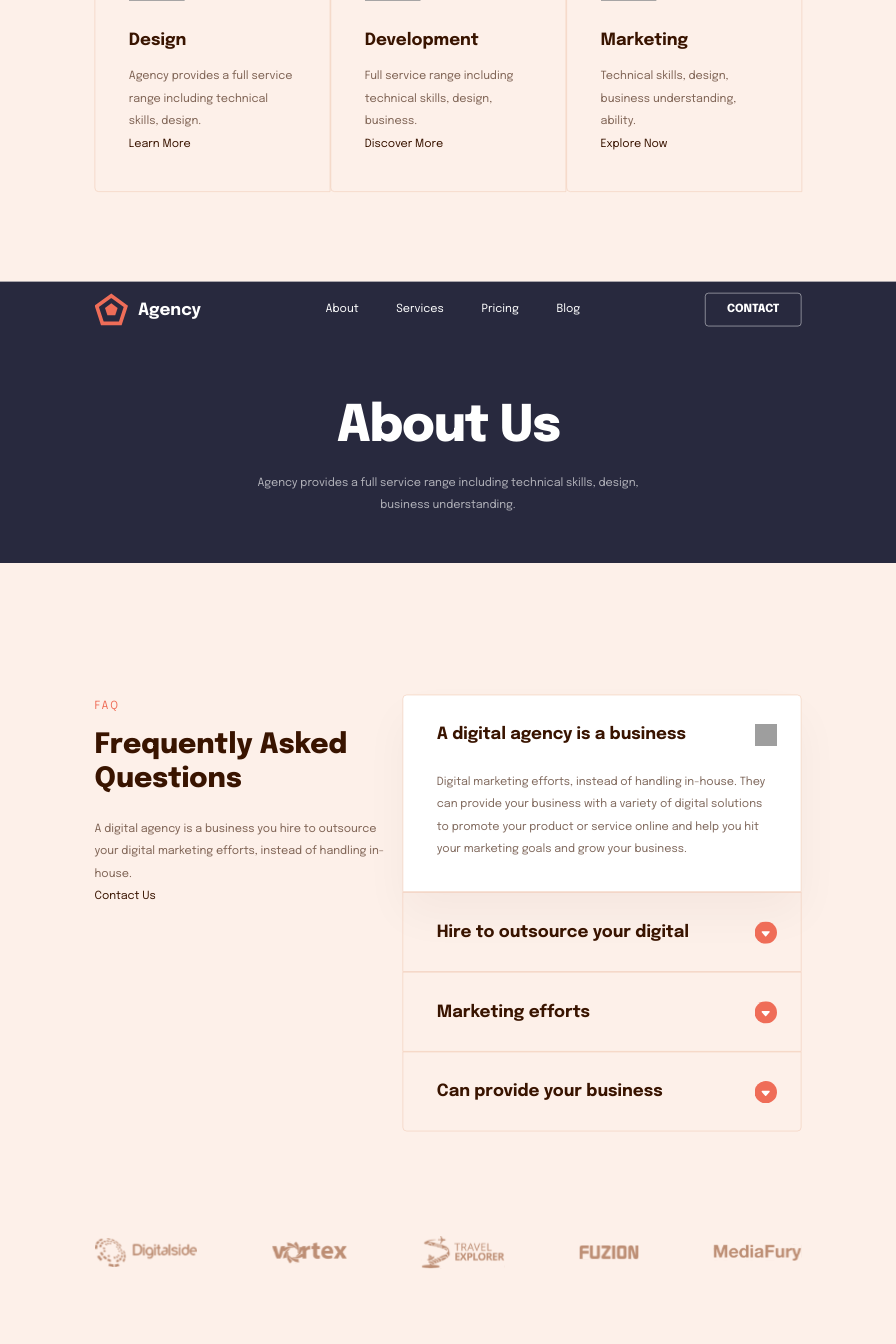
Repository: NatiqSamiyev/image-task
Page: index.html
The author's editor kept a copy of each file at every save. The page is drawn from the files as they stood at one save, then again after the next save.
The browser window is 1280 px wide. The pictures show the part of the page from y = 1886 to 3806 px (the page is 3806 px tall before and 3404 px after), at 70% of full size.
Pictures or frames that could not be fetched are drawn as grey boxes.

Above is the page before, as saved 2023-08-26 15:01:04.

### index.html
<!DOCTYPE html>
<html lang="en">
  <head>
    <meta charset="UTF-8" />
    <meta name="viewport" content="width=device-width, initial-scale=1.0" />
    <title>Document</title>
    <link rel="stylesheet" href="index.css" />
  </head>
  <body>
    <div class="container">
      <div id="page-1">
        <h1>Portfolio</h1>
        <h2>Latest Work</h2>

        <nav>
          <ul>
            <li>
              <a href="#">Show All</a>
              <p>14</p>
            </li>
            <li>
              <a href="#">Design</a>
              <p>6</p>
            </li>
            <li>
              <a href="#">Branding</a>
              <p>4</p>
            </li>
            <li>
              <a href="#">Illustration</a>
              <p>3</p>
            </li>
            <li>
              <a href="#">Motion</a>
              <p>1</p>
            </li>
          </ul>
        </nav>

        <div class="image-box">
          <div class="box-1">
            <div class="left">
              <img
                src="https://images.unsplash.com/photo-1605365070248-299a182a2ca6?ixlib=rb-4.0.3&ixid=M3wxMjA3fDB8MHxzZWFyY2h8MTF8fGNvdWNofGVufDB8fDB8fHww&w=1000&q=80"
                alt=""
              />
              <button>Design</button>
              <p>SOFA</p>
            </div>
            <div class="right">
              <img
                src="https://encrypted-tbn0.gstatic.com/images?q=tbn:ANd9GcRcj9OasnMoc-lGpTAOWO39NXB7dLMMJMDkmA&usqp=CAU"
                alt=""
              />
              <button>Branding</button>
              <p>KeyBoard</p>
            </div>
          </div>
          <div class="box-2">
            <div class="left">
              <img
                src="https://www.socialpilot.co/wp-content/uploads/2021/02/pasted-image-0.png"
                alt=""
              />
              <button>Illustration</button>
              <p>Work Media</p>
            </div>

            <div class="right">
              <img
                src="https://www.dogstrolldaycare.co.uk/themes/black/images/daycare-puppies.jpg"
                alt=""
              />
              <button>Motion</button>
              <p>DDDone</p>
            </div>
          </div>
        </div>

        <div class="bottom-container">
          <button>Explore More</button>
        </div>
      </div>

      <div id="page-2">
        <h1>Service</h1>

        <h2>
          How Our Agency <br />
          Can Help
        </h2>

        <ul>
          <li>
            <div class="image-box">
              <img src="./image/Oval.svg" alt="" />
              <img class="image" src="./image/Combined Shape.svg" alt="" />
            </div>

            <h3>Design</h3>
            <p>
              Agency provides a full service range including technical skills,
              design.
            </p>
            <a href="#">Learn More</a>
          </li>

          <li>
            <div class="image-box">
              <img src="./image/Oval.svg" alt="" />
              <img class="image" src="./image/Combined Shape (1).svg" alt="" />
            </div>

            <h3>Development</h3>
            <p>
              Full service range including technical skills, design, business.
            </p>
            <a href="#">Discover More</a>


          </li>

          <li>
            <div class="image-box">
              <img src="./image/Oval.svg" alt="" />
              <img class="image" src="./image/Shape.svg" alt="" />
            </div>

            <h3>Marketing</h3>
            <p>Technical skills, design, business understanding, ability.</p>
          <a href="#">Explore Now</a>

          </li>
        </ul>
      </div>

      <div id="page-3">
        <nav>
          <div class="logo-box">
            <div class="image-box">
              <img class="image1" src="./image/Polygon.svg" alt="">
              <img class="image2" src="./image/Polygon (1).svg" alt="">
            </div>
            <p>Agency</p>
          </div>

          <ul>
            <li>
              <a href="#">About</a>
            </li>

            <li>
              <a href="#">Services</a>
            </li>

            <li>
              <a href="#">Pricing</a>
            </li>

            <li>
              <a href="#">Blog</a>
            </li>


          </ul>

          <button>CONTACT</button>


        </nav>
        <main>
          <h1>About Us</h1>
          <p>Agency provides a full service range including technical skills, design, business understanding.</p>
        </main>
      </div>


      <div id="page-4">
        <div class="box-container">
          <div class="left">
            <h1>Faq</h1>
            <h2>
              Frequently Asked
              Questions
            </h2>
            <p>
              A digital agency is a business you hire to outsource your digital marketing efforts, instead of handling in-house.
            </p>

            <a href="#">Contact Us</a>

          </div>

          <div class="right">
            <div class="text">

              <div>
                <h1>A digital agency is a business</h1>
                <img src="./image/up.png" alt="">
              </div>

              <p>
                Digital marketing efforts, instead of handling in-house. They can provide your business with a variety of digital solutions to promote your product or service online and help you hit your marketing goals and grow your business.
              </p>
            </div>

            <ul>
              <li>
                <h2>
                  Hire to outsource your digital
                </h2>
                <img src="./image/down.svg" alt="">
              </li>

              <li>
                <h2>
                  Marketing efforts
                </h2>
                <img src="./image/down.svg" alt="">
              </li>

              <li>
                <h2>
                  Can provide your business
                </h2>
                <img src="./image/down.svg" alt="">
              </li>
            </ul>

          </div>

        </div>

        <div class="bottom">
          <ul>
            <li class="first-child">
              <img src="./image/Bitmap (4).svg" alt="">
            </li>

            <li class="nth-child(2)">
              <img src="./image/Bitmap (5).svg" alt="">

            </li>

            <li class="nth-child(3)">
              <img src="./image/Bitmap (6).svg" alt="">

            </li>

            <li class="nth-child(4)">
              <img src="./image/Bitmap (7).svg" alt="">

            </li>

            <li class="last-child">
              <img src="./image/Bitmap (8).svg" alt="">
            </li>
          </ul>

        </div>


      </div>
    </div>



  </body>
</html>

### index.css
@import url("https://fonts.googleapis.com/css2?family=Epilogue:wght@400;700;800&family=Roboto+Slab:wght@700&family=Roboto:wght@400;700&display=swap");
* {
  margin: 0;
  padding: 0;
  box-sizing: border-box;
}

#page-1 {
  width: 100%;
  padding: 92px 135px 117px 135px;
  background-color: #28293e;
  min-height: 100vh;
}

#page-1 h1 {
  color: var(--text-light-accent, #ef6d58);
  text-align: center;
  font-feature-settings: "clig" off, "liga" off;
  font-family: Epilogue;
  font-size: 16px;
  font-style: normal;
  font-weight: 400;
  line-height: 32px;
  letter-spacing: 3px;
  text-transform: uppercase;
}

#page-1 h2 {
  margin-top: 20px;
  color: var(--text-light, #fff);
  text-align: center;
  font-feature-settings: "clig" off, "liga" off;
  font-family: Epilogue;
  font-size: 56px;
  font-style: normal;
  font-weight: 800;
  line-height: 64px;
  letter-spacing: -1px;
}

#page-1 ul {
  display: flex;
}

#page-1 ul li {
  display: flex;
  list-style-type: none;
  margin-right: 50px;
}

#page-1 nav {
  margin-top: 36px;
  margin-bottom: 68px;
  display: flex;
  justify-content: center;
}

#page-1 ul li a {
  color: var(--text-light, #fff);
  font-feature-settings: "clig" off, "liga" off;
  font-family: Epilogue;
  font-size: 16px;
  font-style: normal;
  font-weight: 400;
  line-height: 32px;
  text-decoration: none;
}

#page-1 ul li p {
  color: var(--text-light-gray, rgba(255, 255, 255, 0.64));
  text-align: center;
  font-feature-settings: "clig" off, "liga" off;
  font-family: Epilogue;
  font-size: 14px;
  font-style: normal;
  font-weight: 400;
}

#page-1 .box-1 {
  display: flex;
  justify-content: space-between;
}
#page-1 .image-box .left {
  width: 45%;
  height: 416px;
  position: relative;
}

#page-1 .image-box .left img {
  width: 100%;
  height: 416px;
}
#page-1 .image-box .right {
  width: 54%;
  height: 416px;
  margin-left: 30px;
  position: relative;
  background-color: red;
}
#page-1 .image-box .right img {
  width: 100%;
  height: 416px;
}

#page-1 .image-box img {
  width: 100%;
  height: 100%;
}
#page-1 .image-box button {
  color: var(--text-dark, #391400);
  font-feature-settings: "clig" off, "liga" off;
  font-family: Epilogue;
  font-size: 16px;
  font-style: normal;
  font-weight: 400;
  line-height: 32px;
  border-radius: 19px;
  background: #fff;
  border: none;
  position: absolute;
  bottom: 122px;
  left: 48px;
}

#page-1 .image-box .box-1 .left button {
  width: 84px;
  height: 38px;
  display: flex;
  justify-content: center;
  align-items: center;
}

#page-1 .image-box .box-1 .right button {
  width: 102px;
  height: 38px;
  display: flex;
  justify-content: center;
  align-items: center;
}

#page-1 .image-box .box-2 .left button {
  width: 116px;
  height: 38px;
  display: flex;
  justify-content: center;
  align-items: center;
}

#page-1 .image-box .box-2 .right button {
  width: 86px;
  height: 38px;
  display: flex;
  justify-content: center;
  align-items: center;
}
#page-1 .image-box p {
  color: var(--text-light, #fff);
  font-feature-settings: "clig" off, "liga" off;
  font-family: Epilogue;
  font-size: 40px;
  font-style: normal;
  font-weight: 800;
  line-height: 48px;
  position: absolute;
  left: 48px;
  bottom: 51px;
}

#page-1 .box-2 {
  margin-top: 32px;
  width: 100%;
  height: 100%;
  display: flex;
  justify-content: space-between;
  position: relative;
}

#page-1 .box-2 .left {
  width: 54%;
  height: 416px;
}
#page-1.box-2 .right {
  width: 45%;
  height: 416px;
}
#page-1 .box-2 img {
  width: 100%;
  height: 100%;
}

#page-1 .bottom-container {
  margin-top: 64px;
  display: flex;
  justify-content: center;
}

#page-1 .bottom-container button {
  width: 170px;
  height: 48px;
  border-radius: 6px;
  border: 1px solid rgba(255, 255, 255, 0.3);
  background: #28293e;
  color: #fff;
  text-align: center;
  font-family: Epilogue;
  font-size: 14px;
  font-style: normal;
  font-weight: 900;
  line-height: normal;
  text-transform: uppercase;
}
/* page-2 design */
#page-2 {
  width: 100%;
  padding: 141px 134px 128px 135px;
  background: #fdf0e9;
}

#page-2 h1 {
  color: var(--text-dark-accent, #ef6d58);
  font-feature-settings: "clig" off, "liga" off;
  font-family: Epilogue;
  font-size: 16px;
  font-style: normal;
  font-weight: 400;
  line-height: 32px;
  letter-spacing: 3px;
  text-transform: uppercase;
}

#page-2 h2 {
  margin-top: 17px;
  color: var(--text-dark, #391400);
  font-feature-settings: "clig" off, "liga" off;
  font-family: Epilogue;
  font-size: 40px;
  font-style: normal;
  font-weight: 800;
  line-height: 48px;
}

#page-2 ul {
  display: flex;
  margin-top: 35px;
}

#page-2 ul li {
  width: 391px;
  padding: 48px 48px 52px 48px;
  list-style-type: none;
  border-radius: 6px 0px 0px 6px;
  border: 1px solid #f3d1bf;
  position: relative;
}
#page-2 ul li .image-box {
  position: relative;
  width: 80px;
  height: 80px;
}
#page-2 ul li img {
  width: 80px;
  height: 80px;
}

#page-2 ul li .image {
  width: 32px;
  height: 32px;
  fill: #fff;
  position: absolute;
  left: 50%;
  top: 50%;
  transform: translate(-50%, -50%);
}

#page-2 ul li h3 {
  margin-top: 41px;
  color: var(--text-dark, #391400);
  font-feature-settings: "clig" off, "liga" off;
  font-family: Epilogue;
  font-size: 24px;
  font-style: normal;
  font-weight: 700;
  line-height: 32px;
}

#page-2 ul li p {
  margin-top: 19px;
  color: var(--text-dark-gray, rgba(57, 20, 0, 0.64));
  font-feature-settings: "clig" off, "liga" off;
  font-family: Epilogue;
  font-size: 16px;
  font-style: normal;
  font-weight: 400;
  line-height: 32px;
}

#page-2 ul li a {
  margin-top: 26px;
  color: var(--text-dark, #391400);
  font-feature-settings: "clig" off, "liga" off;
  font-family: Epilogue;
  font-size: 16px;
  font-style: normal;
  font-weight: 400;
  line-height: 32px;
  text-decoration: none;
}

/* page -3 */

#page-3 {
  width: 100%;
  padding: 16px 135px 66px 135px;
  background: #28293e;
}

#page-3 nav {
  display: flex;
  justify-content: space-between;
}

#page-3 nav .logo-box {
  display: flex;
}

#page-3 nav .image-box {
  position: relative;
  width: 48px;
  height: 48px;
}

#page-3 nav .image-box .image1 {
  width: 48px;
  height: 48px;
}

#page-3 nav .image-box .image2 {
  width: 19px;
  height: 19px;
  position: absolute;
  top: 50%;
  left: 50%;
  transform: translate(-50%, -50%);
}
#page-3 nav .logo-box p {
  margin-left: 14px;
  margin-top: 9px;
  color: var(--text-light, #fff);
  font-feature-settings: "clig" off, "liga" off;
  font-family: Epilogue;
  font-size: 24px;
  font-style: normal;
  font-weight: 700;
  line-height: 32px;
}

#page-3 nav ul {
  width: 36%;
  display: flex;
  align-items: center;
  justify-content: space-between;
}

#page-3 nav ul li {
  list-style-type: none;
}

#page-3 nav ul li a {
  color: var(--text-light, #fff);
  text-align: center;
  font-feature-settings: "clig" off, "liga" off;
  font-family: Epilogue;
  font-size: 16px;
  font-style: normal;
  font-weight: 400;
  line-height: 32px;
  text-decoration: none;
}

#page-3 nav button {
  width: 138px;
  height: 48px;
  color: var(--text-light, #fff);
  text-align: center;
  font-feature-settings: "clig" off, "liga" off;
  font-family: Epilogue;
  font-size: 16px;
  font-style: normal;
  font-weight: 800;
  line-height: 80px;
  display: flex;
  justify-content: center;
  align-items: center;
  border: 1px solid var(--text-light-gray, rgba(255, 255, 255, 0.64));
  background: none;
  border-radius: 5px;
}

#page-3 main {
  display: flex;
  flex-direction: column;
  align-items: center;
}

#page-3 main h1 {
  margin-top: 104px;
  margin-bottom: 24px;
  color: var(--text-light, #fff);
  text-align: center;
  font-feature-settings: "clig" off, "liga" off;
  font-family: Epilogue;
  font-size: 72px;
  font-style: normal;
  font-weight: 800;
  line-height: 80px;
  letter-spacing: -2px;
}

#page-3 main p {
  width: 570px;
  color: var(--text-light-gray, rgba(255, 255, 255, 0.64));
  text-align: center;
  font-feature-settings: "clig" off, "liga" off;
  font-family: Epilogue;
  font-size: 16px;
  font-style: normal;
  font-weight: 400;
  line-height: 32px;
}

/* page-4 */

#page-4 {
  width: 100%;
  padding: 188px 135px 104px 135px;
  background: #fdf0e9;
}

#page-4 .box-container {
  display: flex;
  justify-content: space-between;
}

#page-4 .box-container .left {
  width: 470px;
}

#page-4 .box-container .left h1 {
  color: var(--text-light-accent, #ef6d58);
  font-feature-settings: "clig" off, "liga" off;
  font-family: Epilogue;
  font-size: 16px;
  font-style: normal;
  font-weight: 400;
  line-height: 32px;
  letter-spacing: 3px;
  text-transform: uppercase;
}

#page-4 .box-container .left h2 {
  margin-top: 17px;
  color: var(--text-dark, #391400);
  font-feature-settings: "clig" off, "liga" off;
  font-family: Epilogue;
  font-size: 40px;
  font-style: normal;
  font-weight: 800;
  line-height: 48px;
}

#page-4 .box-container .left p {
  margin-top: 31px;
  color: var(--text-dark-gray, rgba(57, 20, 0, 0.64));
  font-feature-settings: "clig" off, "liga" off;
  font-family: Epilogue;
  font-size: 16px;
  font-style: normal;
  font-weight: 400;
  line-height: 32px;
}

#page-4 .box-container .left a {
  margin-top: 29px;
  color: var(--text-dark, #391400);
  font-feature-settings: "clig" off, "liga" off;
  font-family: Epilogue;
  font-size: 16px;
  font-style: normal;
  font-weight: 400;
  line-height: 32px;
  text-decoration: none;
}

#page-4 .box-container .right .text {
  width: 570px;
  padding: 41px 34px 44px 48px;
  border-radius: 6px 6px 0px 0px;
  background: #fff;
  box-shadow: 0px 32px 64px 0px rgba(57, 20, 0, 0.04);
  border: 1px solid #f3d1bf;
}

#page-4 .box-container .right .text div {
  display: flex;
  justify-content: space-between;
}

#page-4 .box-container .right .text div h1 {
  color: var(--text-dark, #391400);
  font-feature-settings: "clig" off, "liga" off;
  font-family: Epilogue;
  font-size: 24px;
  font-style: normal;
  font-weight: 700;
  line-height: 32px;
}

#page-4 .box-container .right .text div img {
  width: 32px;
  height: 32px;
}

#page-4 .box-container .right .text p {
  margin-top: 35px;
  color: var(--text-dark-gray, rgba(57, 20, 0, 0.64));
  font-feature-settings: "clig" off, "liga" off;
  font-family: Epilogue;
  font-size: 16px;
  font-style: normal;
  font-weight: 400;
  line-height: 32px;
}

#page-4 .box-container .right ul li {
  padding: 41px 34px 39px 48px;
  display: flex;
  justify-content: space-between;
  border: 1px solid #f3d1bf;
}
#page-4 .box-container ul li:last-child {
  border-radius: 0px 0px 6px 6px;
}
#page-4 .box-container .right ul li h2 {
  color: var(--text-dark, #391400);
  font-feature-settings: "clig" off, "liga" off;
  font-family: Epilogue;
  font-size: 24px;
  font-style: normal;
  font-weight: 700;
  line-height: 32px;
}

#page-4 .box-container .right ul li img {
  width: 32px;
  height: 32px;
}

#page-4 .bottom {
  margin-top: 149px;
}

#page-4 .bottom ul {
  display: flex;
  justify-content: space-between;
  align-items: center;
}

#page-4 .bottom ul li {
  list-style-type: none;
}

#page-4 .bottom ul li:first-child img {
  width: 147px;
  height: 42px;
}

#page-4 .bottom ul li:nth-child(2) img {
  width: 108px;
  height: 32px;
}

#page-4 .bottom ul li:nth-child(3) img {
  width: 119px;
  height: 47px;
}

#page-4 .bottom ul li:nth-child(4) img {
  width: 86px;
  height: 21px;
}

#page-4 .bottom ul li:last-child img {
  width: 126px;
  height: 24px;
}

After the next save:
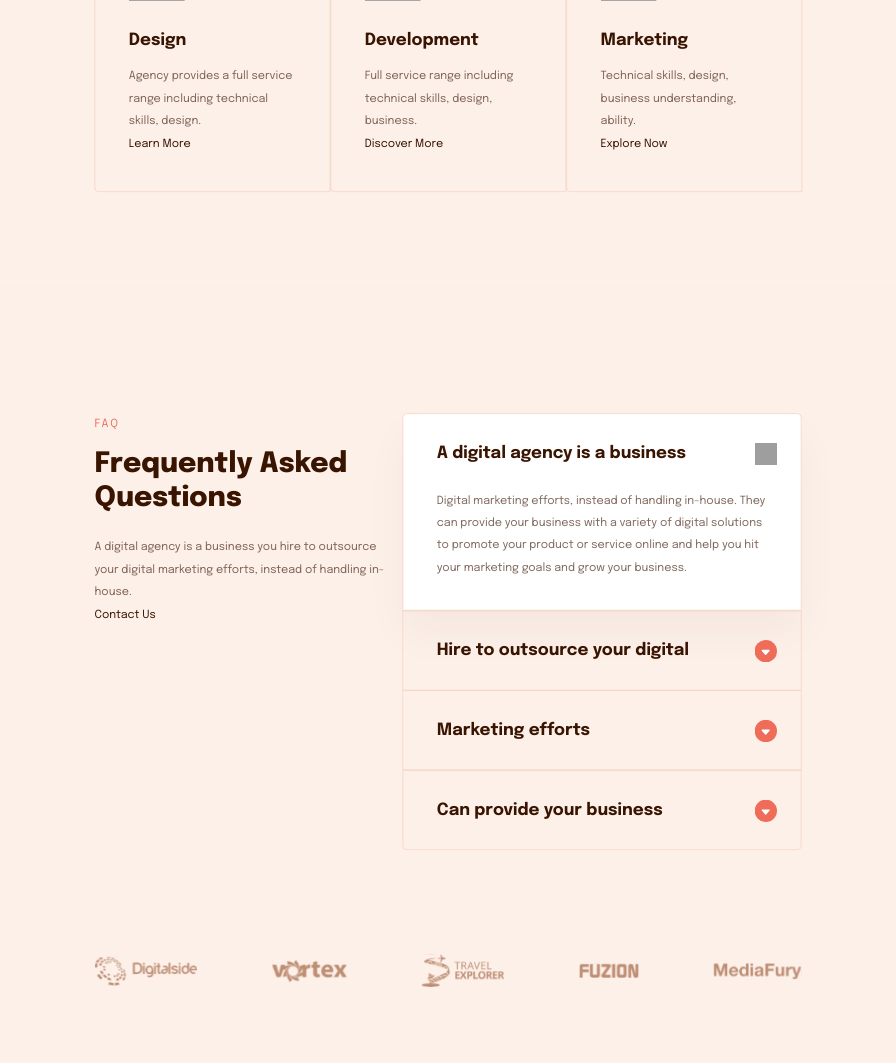
Saved 3 min 33 s later.
--- a/index.html
+++ b/index.html
@@ -134,45 +134,6 @@
         </ul>
       </div>
 
-      <div id="page-3">
-        <nav>
-          <div class="logo-box">
-            <div class="image-box">
-              <img class="image1" src="./image/Polygon.svg" alt="">
-              <img class="image2" src="./image/Polygon (1).svg" alt="">
-            </div>
-            <p>Agency</p>
-          </div>
-
-          <ul>
-            <li>
-              <a href="#">About</a>
-            </li>
-
-            <li>
-              <a href="#">Services</a>
-            </li>
-
-            <li>
-              <a href="#">Pricing</a>
-            </li>
-
-            <li>
-              <a href="#">Blog</a>
-            </li>
-
-
-          </ul>
-
-          <button>CONTACT</button>
-
-
-        </nav>
-        <main>
-          <h1>About Us</h1>
-          <p>Agency provides a full service range including technical skills, design, business understanding.</p>
-        </main>
-      </div>
 
 
       <div id="page-4">
